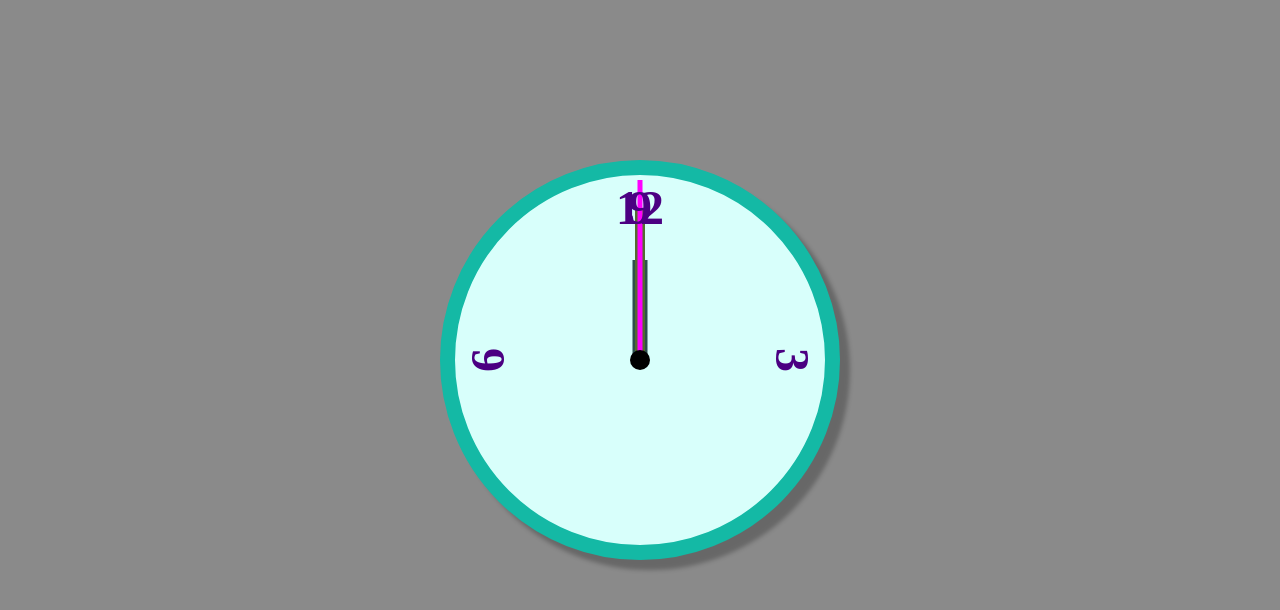
Repository: ChenWarren/web-clock
Page: index.html
These files come from the project's save history. The page is drawn as it stood at one moment and after the next save; the edit follows.
The browser window is 1280 px wide. The pictures show the whole page.

Above is the page before, as saved 2021-03-18 21:25:28.

### index.html
<!DOCTYPE html>
<html lang="en">
<head>
    <meta charset="UTF-8">
    <meta http-equiv="X-UA-Compatible" content="IE=edge">
    <meta name="viewport" content="width=device-width, initial-scale=1.0">
    <link rel="stylesheet" href="main.css">
    <title>Clock</title>
</head>
<body>
    <main class="clock">
        <div class="hour"></div>
        <div class="minute"></div>
        <div class="second"></div>
        <div class="center_dot"></div>

        <div class="number num_1">
            <h2>12</h2>
        </div>
        <div class="number num_3">
            <h2>3</h2>
        </div>
        <div class="number num_6">
            <h2>6</h2>
        </div>
        <div class="number num_9">
            <h2>9</h2>
        </div>

        <div class="dot"></div>
        <div class="dot"></div>
        <div class="dot"></div>
        <div class="dot"></div>
        <div class="dot"></div>
        <div class="dot"></div>
        <div class="dot"></div>
        <div class="dot"></div>
    </main>

    <script src="clock.js"></script>

</body>
</html>

### main.css
* {
    margin: 0;
    padding: 0;
    box-sizing: border-box;
}

body {
    background-color: rgb(138, 138, 138);
    display: flex;
    justify-content: center;
    align-items: center;
    width: 100vw;
    height: 100vh;
    overflow: hidden;
}

.clock {
    width: 400px;
    height: 400px;
    border-radius: 50%;
    background: #d8fffb;
    border: 15px solid #14B9A5;
    box-sizing: border-box;
    box-shadow: 10px 10px 4px rgba(0, 0, 0, 0.25);
    position: relative;
}

.hour {
    width: 15px;
    height: 100px;
    background-color:  darkslategray;
    position: absolute;
    left: 50%;
    bottom: 50%;
    transform: translate(-50%);
}

.minute {
    width: 10px;
    height: 150px;
    background-color:darkolivegreen;
    position: absolute;
    left: 50%;
    bottom: 50%;
    transform: translate(-50%);
}

.second {
    width: 5px;
    height: 180px;
    background-color: fuchsia;
    position: absolute;
    left: 50%;
    bottom: 50%;
    transform: translate(-50%);
}

.center_dot {
    background-color: #000;
    width: 20px;
    height: 20px;
    border-radius: 50%;
    position: absolute;
    left: 50%;
    bottom: 50%;
    transform: translate(-50%, 50%);
}

.number {
    display: flex;
    height: 370px;
    width: 370px;
    padding-top: 5px;
    justify-content: center;
    color: indigo;
    position: absolute;
    font-size: 2rem;
}

.num_3 {
    transform: rotate(90deg);
}

/* .num_3 h2 {
    transform: rotate(-90deg);
} */

.num_6 {
    transform: rotate(180deg);
}

.num_6 {
    transform: rotate(270deg);
}

Loaded but not shown: clock.js (no copy from this time; the picture is the same without it)

After the next save:
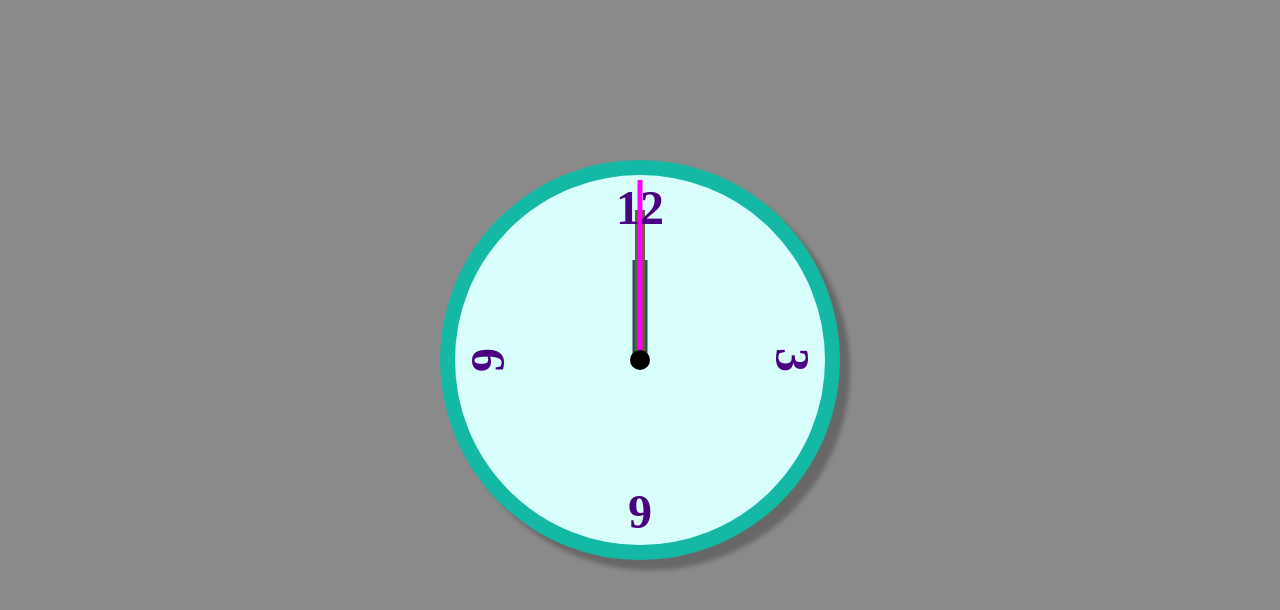
Saved 10 s later.
--- a/main.css
+++ b/main.css
@@ -89,6 +89,6 @@ body {
     transform: rotate(180deg);
 }
 
-.num_6 {
+.num_9 {
     transform: rotate(270deg);
 }
